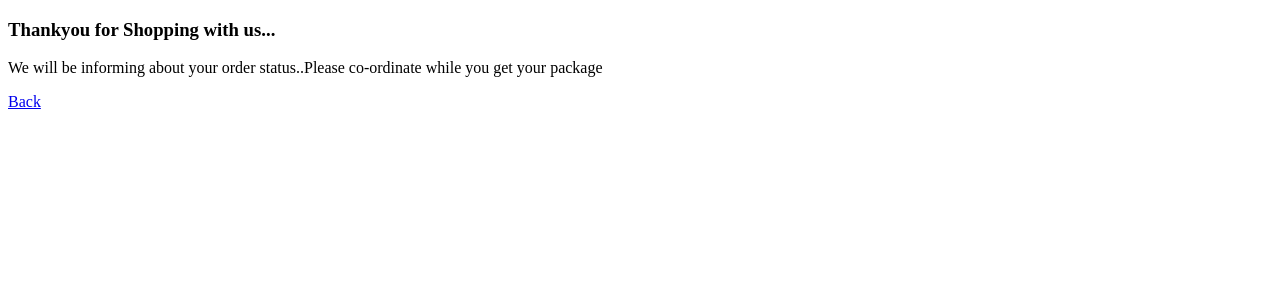
Repository: Yasmeen198/The_Project
Page: http://localhost/Shopify_Frontend/WEB-INF/views/Thanks.jsp
An editor plug-in stored every save of this project. The page is shown before and after the next save, followed by the edit.
The browser window is 1280 px wide. The pictures show the whole page.
The page is served by Tomcat 9. Nobody is signed in. Other server files are loaded and not shown. The template is opened directly, without the code that normally fills it, so the values that code supplies are empty.

Above is the page before, as saved 2021-05-24 15:07:31.

### Shopify_Frontend/src/main/webapp/WEB-INF/views/Thanks.jsp
<%@ page language="java" contentType="text/html; charset=ISO-8859-1"
    pageEncoding="ISO-8859-1"%>
<!DOCTYPE html>
<html>
<head>
<meta charset="ISO-8859-1">
<title>Thanks</title>
</head>
<body>
<h3>Thankyou for Shopping with us...</h3>
<p>We will be informing about your order status..Please co-ordinate while you get your package </p>
<a href="${pageContext.request.contextPath}/" class="btn btn-info">Back</a>
</body>
</html>

After the next save:
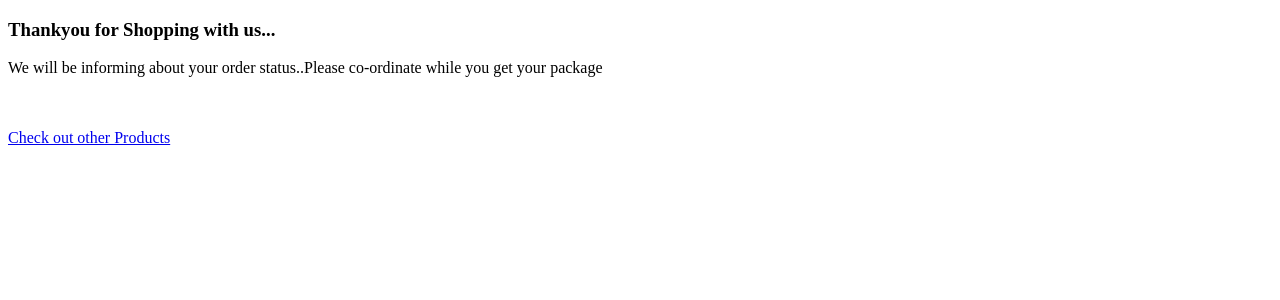
Saved 69 s later.
--- a/Shopify_Frontend/src/main/webapp/WEB-INF/views/Thanks.jsp
+++ b/Shopify_Frontend/src/main/webapp/WEB-INF/views/Thanks.jsp
@@ -9,6 +9,8 @@
 <body>
 <h3>Thankyou for Shopping with us...</h3>
 <p>We will be informing about your order status..Please co-ordinate while you get your package </p>
-<a href="${pageContext.request.contextPath}/" class="btn btn-info">Back</a>
+<br>
+<br>
+<a href="${pageContext.request.contextPath}/" class="btn btn-info">Check out other Products</a>
 </body>
 </html>
